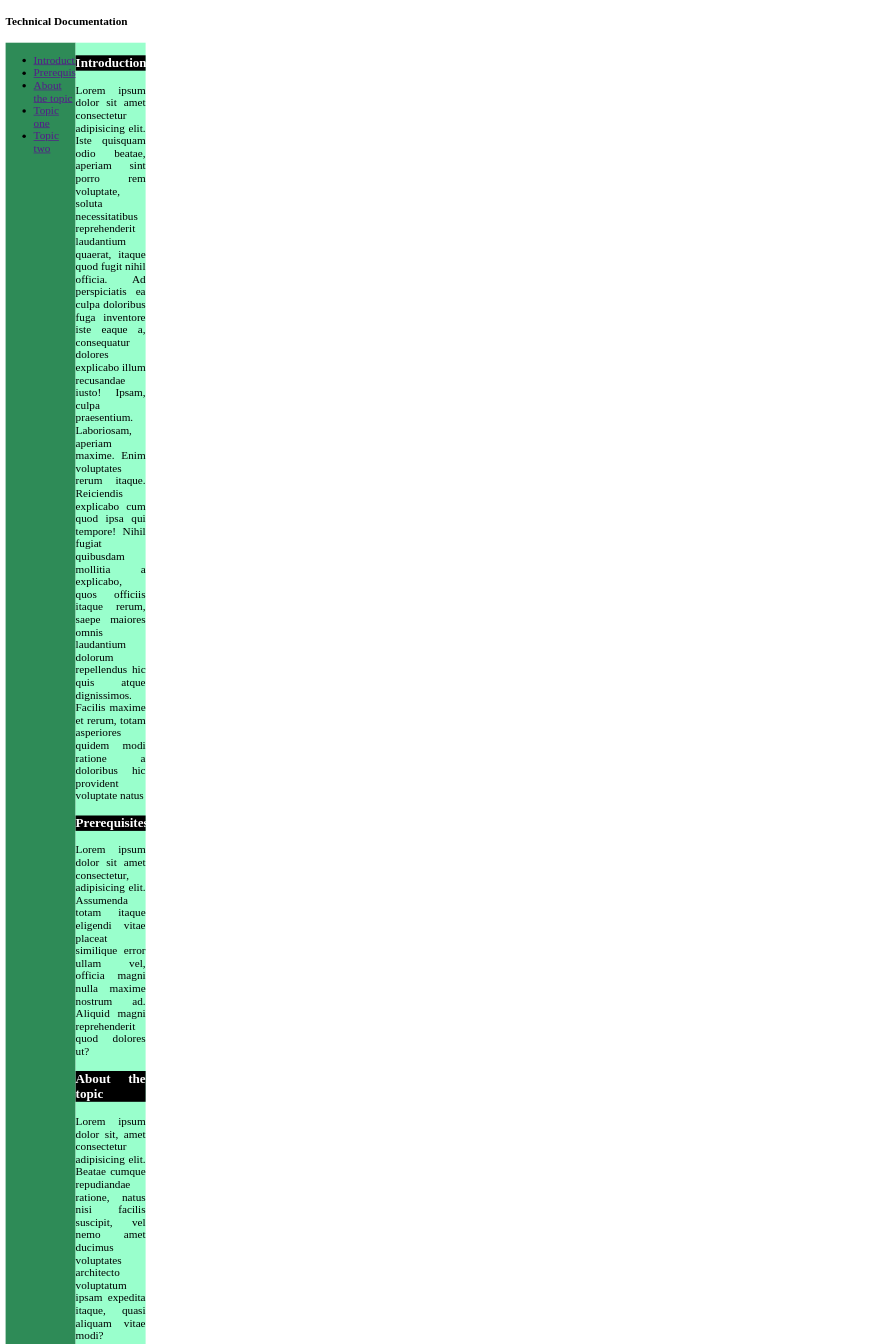
Repository: JoaoLemesDEV/Excercise-Tech-Documentation-Page
Page: index.html
The author's editor kept a copy of each file at every save. The page is drawn from the files as they stood at one save, then again after the next save.
The browser window is 1280 px wide. The pictures show the part of the page from y = 0 to 1920 px (the page is 2690 px tall), at 70% of full size.

Above is the page before, as saved 2021-10-03 21:25:15.

After the next save:
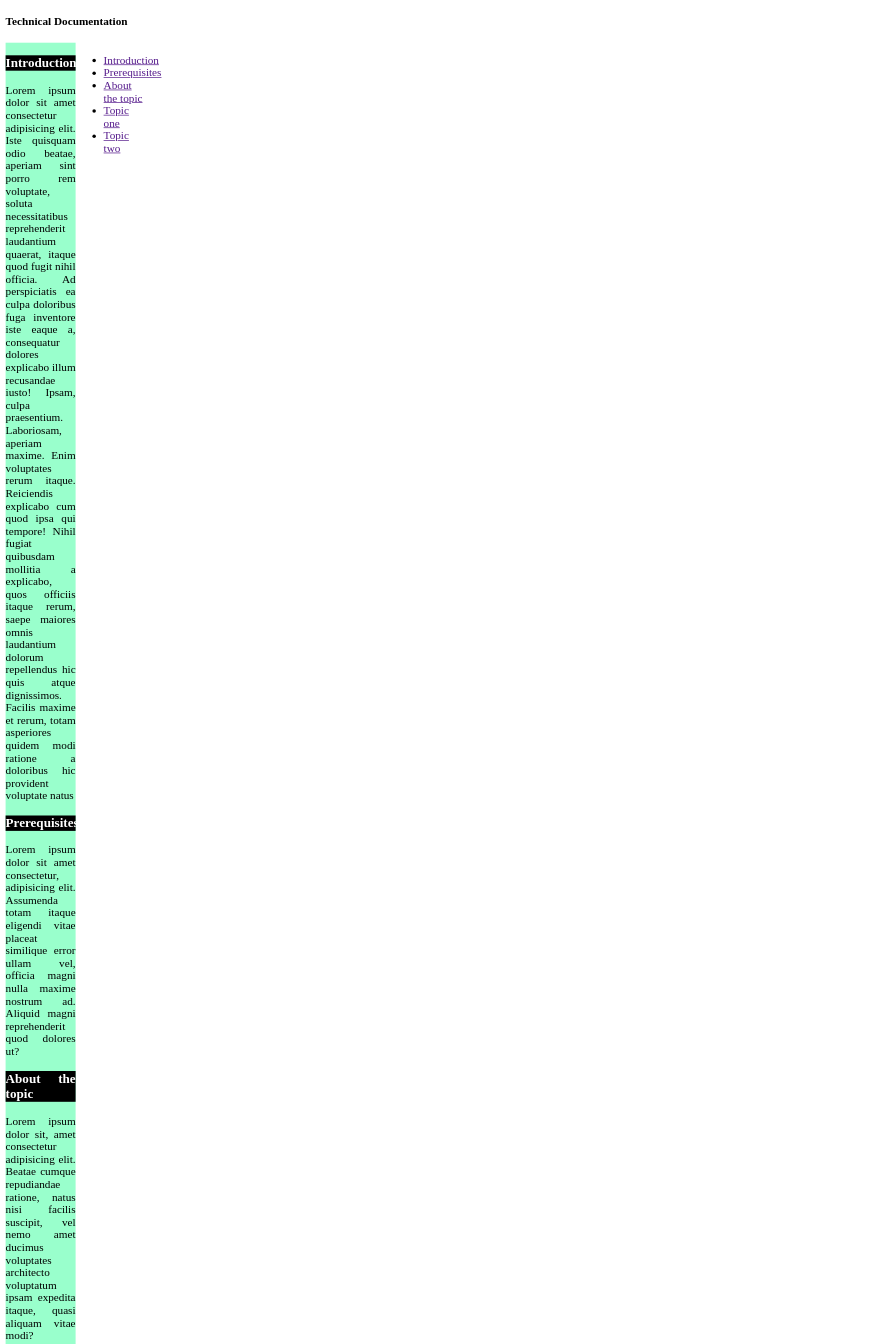
Saved 4 s later.
--- a/index.css
+++ b/index.css
@@ -1,9 +1,3 @@
-#menu{
-background-color: seagreen;
-grid-row-start: 1;
-grid-row-end: 2;
-}
-
 .wrapper {
     display: grid;
     grid-template-columns: 100px 100px 200px;

After the 3 saves that followed:
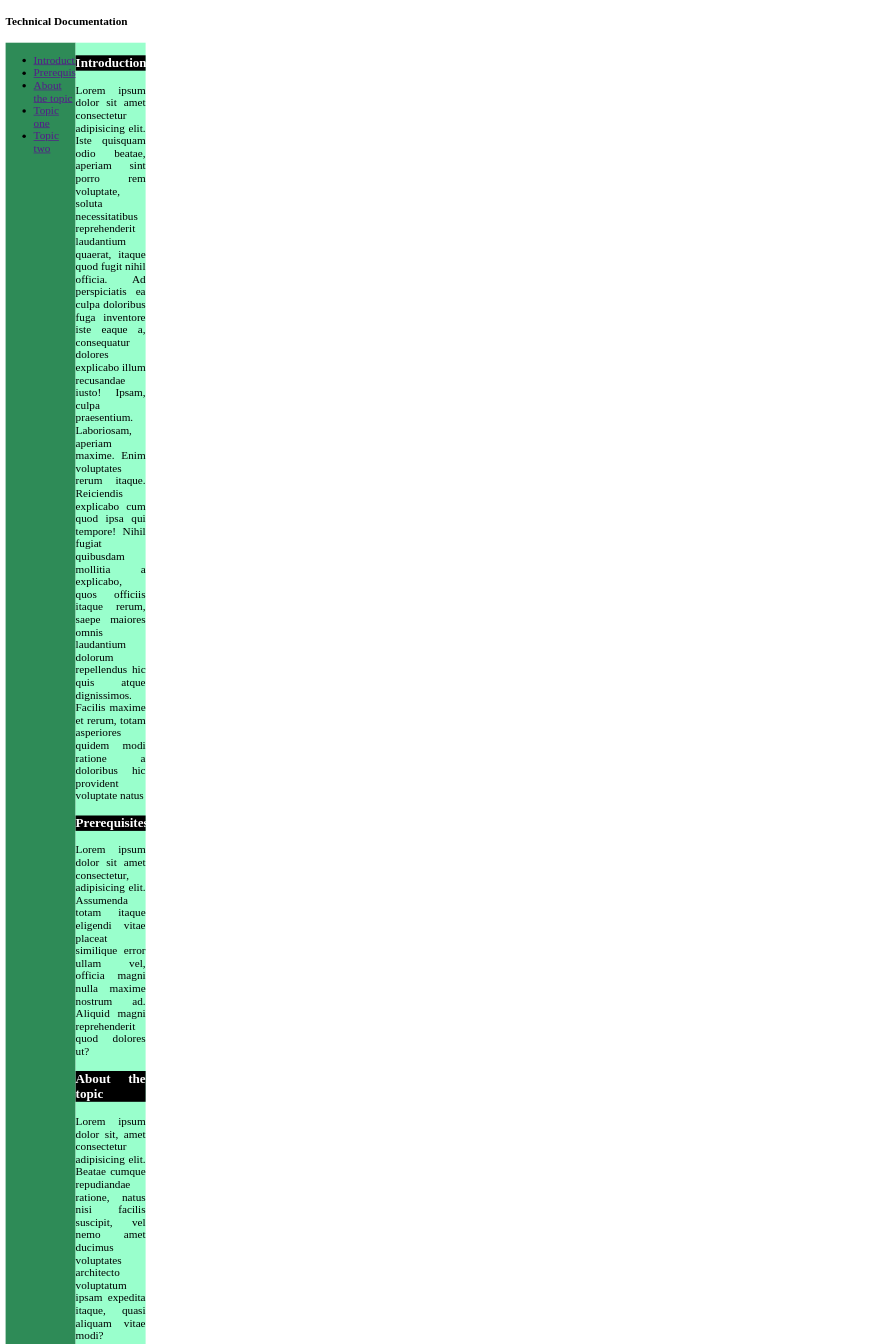
The 3 saves are shown as one change because they came seconds apart.
The last was saved 7 s later.
--- a/index.css
+++ b/index.css
@@ -2,6 +2,12 @@
     display: grid;
     grid-template-columns: 100px 100px 200px;
     //grid-template-rows: 150px 150px;
+}
+
+#menu{
+background-color: seagreen;
+grid-row-start: 1;
+grid-row-end: 2;
 }
 
 #contents{
